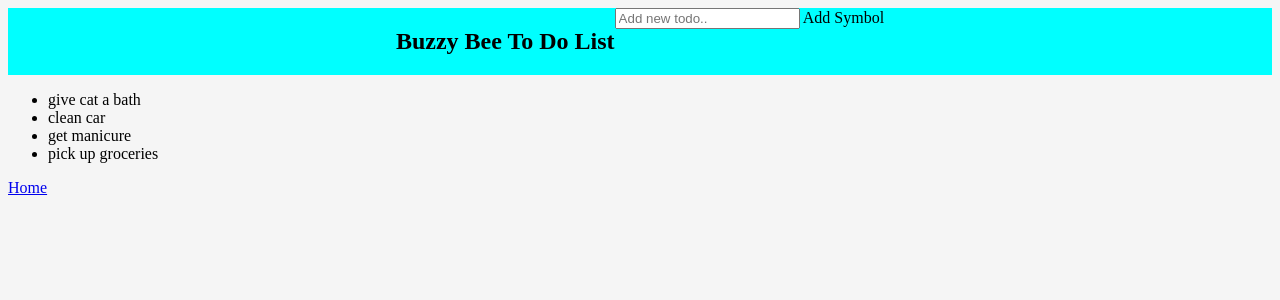
Repository: seleniadelgado/backend-spring2020-angie
Page: projects/todo/public_html/index.html
An editor plug-in stored every save of this project. The page is shown before and after the next save, followed by the edit.
The browser window is 1280 px wide. The pictures show the whole page.

Above is the page before, as saved 2020-05-11 17:56:06.
Console error: ReferenceError: d is not defined

### projects/todo/public_html/index.html
<!DOCTYPE html>

<html lang="en">
    <head>
        <meta charset="utf-8">
        <title>Buzzy Bee - To Do List</title>
        <meta name="description" content="The HTML5 Herald">
        <meta name="author" content="SitePoint">
        <link rel="stylesheet" href="styles.css">
        <script
            src="https://code.jquery.com/jquery-3.5.0.min.js"
            integrity="sha256-xNzN2a4ltkB44Mc/Jz3pT4iU1cmeR0FkXs4pru/JxaQ="
            crossorigin="anonymous">
        </script>
</head>
<body>
    <div class="sectionTitle">
        <h2>Buzzy Bee To Do List</h2>
        <div id="addNote">
            <input type="text" id="newNote" placeholder="Add new todo..">
            <span class="addBtn">Add Symbol</span>
        </div>
    </div>

    <ul id="myList">
        <li>give cat a bath</li>
        <li>clean car</li>
        <li>get manicure</li>
        <li>pick up groceries</li>
    </ul>

























    <a href="http://localhost:3000/">Home</a>



    <script>
        $(document).ready(() => {d
            let objectToSend = {
                note: "Do something",
                author: "Nick"
            }

            $.post("http://localhost:3000/newNote", objectToSend, (dataToGet) => {
                console.log(dataToGet);
            });
            $.post("http://localhost:3000/readNotes", {}, (dataToGet) => {
                let allNotesArray = dataToGet.notes;

                console.log(allNotesArray);
            })
        })
    </script>
</body>
</html>

### projects/todo/public_html/styles.css
html {
    background-color: whitesmoke;
}

.sectionTitle {
    background-color: aqua;
    display: flex;
    justify-content: center;
    text-align: center;
}

After the next save:
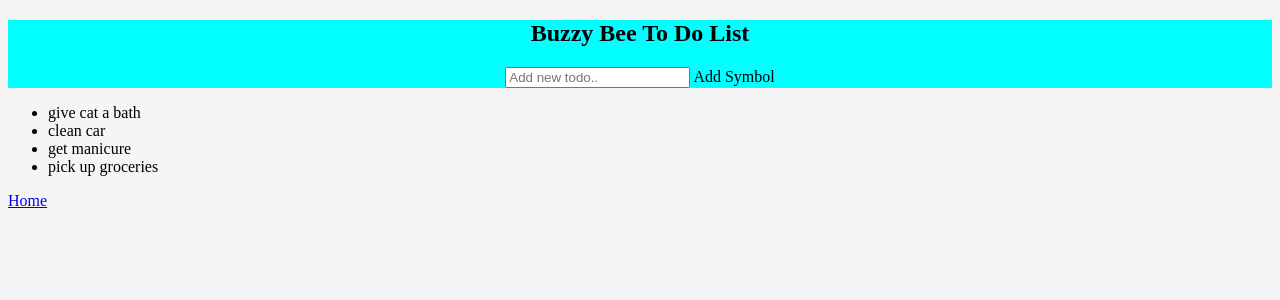
Saved 82 s later.
--- a/projects/todo/public_html/styles.css
+++ b/projects/todo/public_html/styles.css
@@ -4,7 +4,6 @@ html {
 
 .sectionTitle {
     background-color: aqua;
-    display: flex;
-    justify-content: center;
+
     text-align: center;
 }
